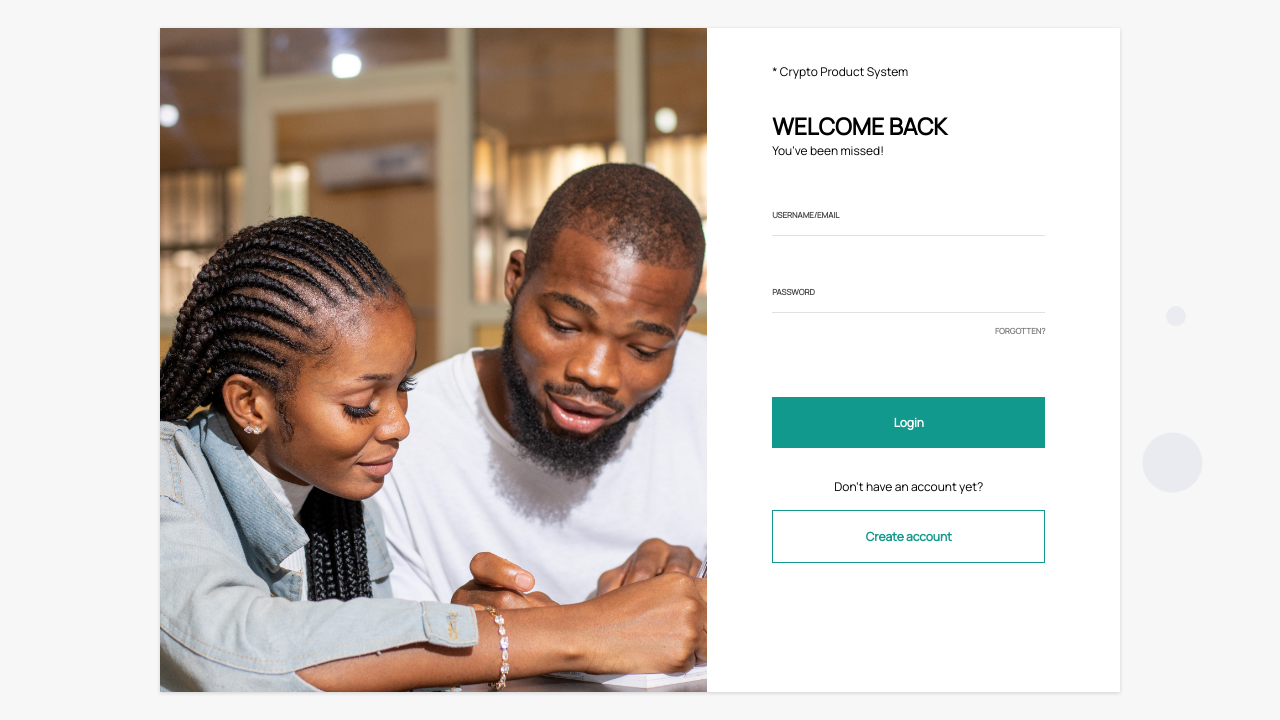
Repository: mualiyu/GCIP-Applicant-Portal
Page: /
An editor plug-in stored every save of this project. The page is shown before and after the next save, followed by the edit.
The browser window is 1280 px wide. The pictures show the whole page.
The project was rebuilt for these pictures with package versions that can differ from the ones it lists, and the page was loaded fresh each time. Also part of the build but not shown: vite.config.ts, src/pages/styles/login.css, src/components/Common.tsx, src/components/styles/input.css, src/components/Input.tsx, src/components/styles/button.css, src/assets/Colors/Colors.ts, src/components/Button.tsx and 81 more.

Above is the page before, as saved 2024-03-13 04:55:30.

After the next save:
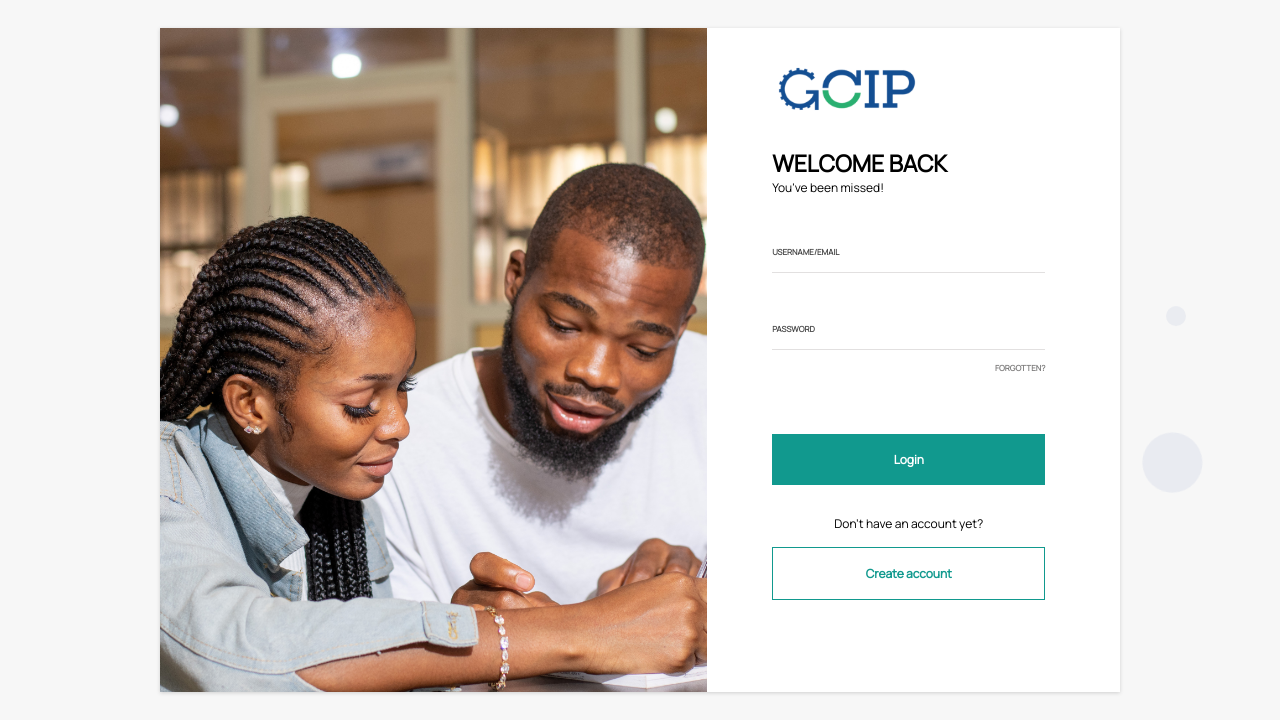
Saved 90 s later.
--- a/src/pages/Login.jsx
+++ b/src/pages/Login.jsx
@@ -120,7 +120,12 @@ function Login() {
           <div class="col-8 login-banner"></div>
           <div class="col-5 pl-xl pr-xl bubble2">
             <div class="form-container">
-              <p>* Crypto Product System</p>
+              <img
+                src="../../src/assets/images/gcip_logo.png"
+                alt="GCIP Logo"
+                height="50"
+                width="150"
+              />
               <h2 class="title mt-xl heading">Welcome back </h2>
               <p class="sub_title mb-xl"> You've been missed!</p>
 
